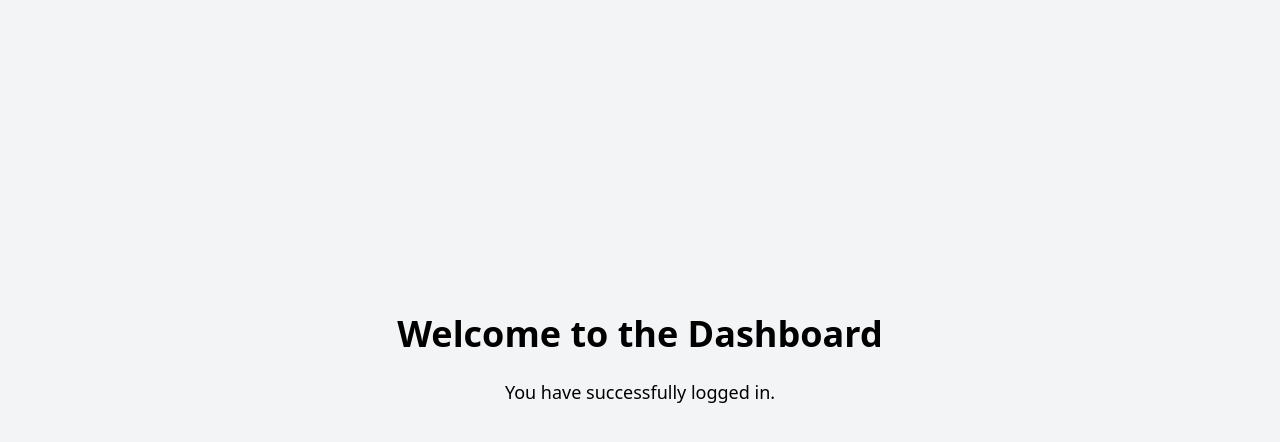
Repository: gloriousnetworker/twitter-Oauth
Page: /dashboard
An editor plug-in stored every save of this project. The page is shown before and after the next save, followed by the edit.
The browser window is 1280 px wide. The pictures show the whole page.
The project was rebuilt for these pictures with package versions that can differ from the ones it lists, and the page was loaded fresh each time. Also part of the build but not shown: vite.config.js, src/pages/Login.jsx, src/pages/OTP.jsx.

Above is the page before, as saved 2025-01-13 17:15:44.

### src/App.jsx
import React from "react";
import { BrowserRouter as Router, Routes, Route } from "react-router-dom";
import Login from "./pages/Login";
import OTP from "./pages/OTP";
import Dashboard from "./pages/Dashboard";

function App() {
  return (
    <Router>
      <Routes>
        <Route path="/" element={<Login />} />
        <Route path="/otp" element={<OTP />} />
        <Route path="/dashboard" element={<Dashboard />} />
      </Routes>
    </Router>
  );
}

export default App;

### src/pages/Dashboard.jsx
import React from "react";

const Dashboard = () => {
  return (
    <div className="flex flex-col items-center justify-center h-screen bg-gray-100">
      <h1 className="text-4xl font-bold mb-6">Welcome to the Dashboard</h1>
      <p className="text-lg">You have successfully logged in.</p>
    </div>
  );
};

export default Dashboard;

### src/context/AuthContext.jsx
import React, { createContext, useState, useContext } from "react";

const AuthContext = createContext();

export const AuthProvider = ({ children }) => {
  const [user, setUser] = useState(null); // Store authenticated user data
  const [otp, setOtp] = useState(null);   // Store generated OTP

  const login = (userData) => {
    setUser(userData);
  };

  const logout = () => {
    setUser(null);
    setOtp(null);
  };

  const generateOtp = () => {
    const otp = Math.floor(100000 + Math.random() * 900000).toString();
    setOtp(otp);
    return otp;
  };

  return (
    <AuthContext.Provider value={{ user, login, logout, otp, generateOtp }}>
      {children}
    </AuthContext.Provider>
  );
};

export const useAuth = () => useContext(AuthContext);

Loaded but not shown: index.html (common file); src/main.jsx (common file); src/index.css (common file); tailwind.config.js (common file)

After the next save:
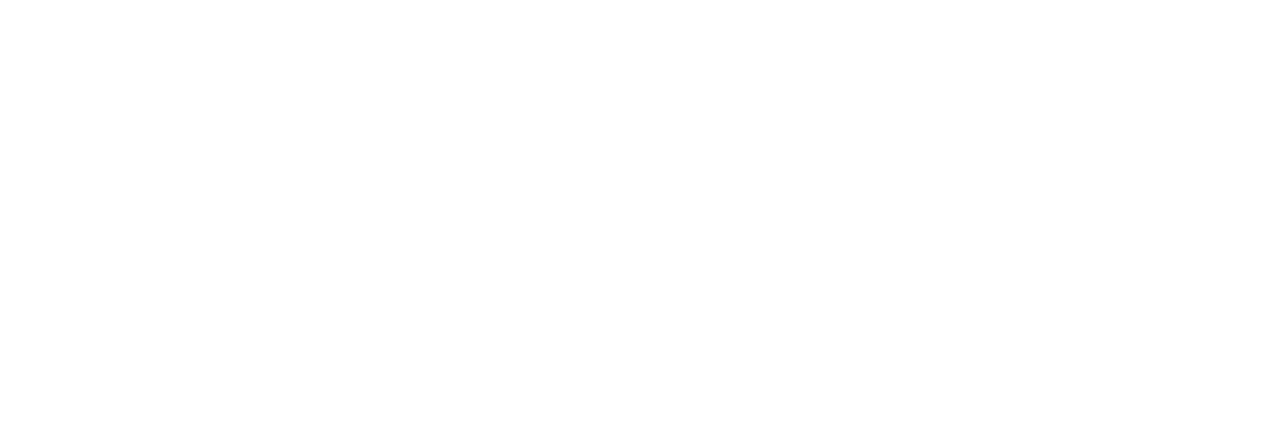
Console error: TypeError: Cannot destructure property 'user' of 'useAuth(...)' as it is undefined.
Saved 10 s later.
--- a/src/pages/Dashboard.jsx
+++ b/src/pages/Dashboard.jsx
@@ -1,10 +1,14 @@
 import React from "react";
+import { useAuth } from "../context/AuthContext";
 
 const Dashboard = () => {
+  const { user } = useAuth();
+
   return (
     <div className="flex flex-col items-center justify-center h-screen bg-gray-100">
-      <h1 className="text-4xl font-bold mb-6">Welcome to the Dashboard</h1>
-      <p className="text-lg">You have successfully logged in.</p>
+      <h1 className="text-2xl font-bold mb-4">Welcome to the Dashboard</h1>
+      <p className="text-lg">Hello, {user?.name}!</p>
+      <p className="text-sm text-gray-500">{user?.twitterHandle}</p>
     </div>
   );
 };

After the save that followed:
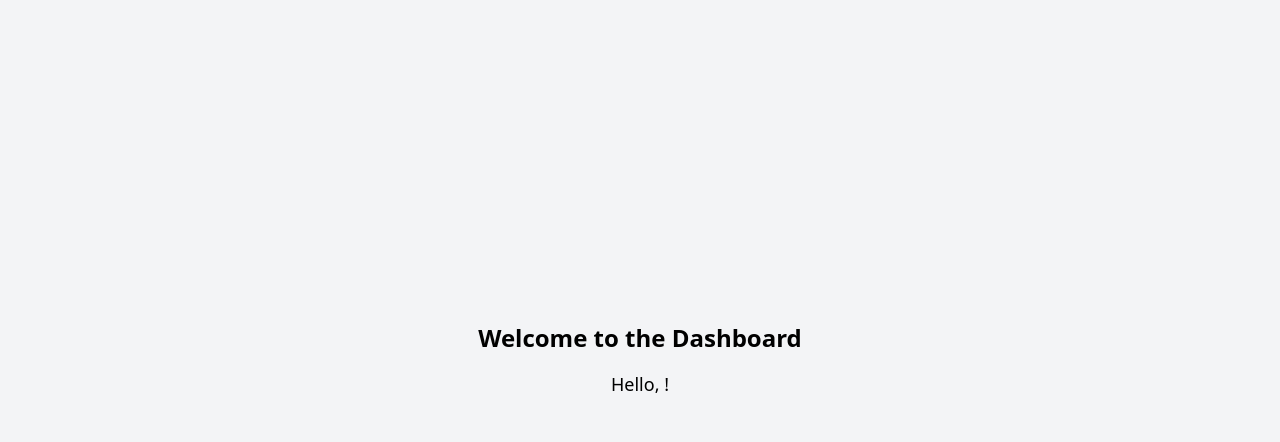
The error is gone.
Saved 32 s later.
--- a/src/App.jsx
+++ b/src/App.jsx
@@ -1,19 +1,22 @@
 import React from "react";
-import { BrowserRouter as Router, Routes, Route } from "react-router-dom";
+import { BrowserRouter as Router, Route, Routes } from "react-router-dom";
+import { AuthProvider } from "./context/AuthContext";
 import Login from "./pages/Login";
 import OTP from "./pages/OTP";
 import Dashboard from "./pages/Dashboard";
 
-function App() {
+const App = () => {
   return (
-    <Router>
-      <Routes>
-        <Route path="/" element={<Login />} />
-        <Route path="/otp" element={<OTP />} />
-        <Route path="/dashboard" element={<Dashboard />} />
-      </Routes>
-    </Router>
+    <AuthProvider>
+      <Router>
+        <Routes>
+          <Route path="/" element={<Login />} />
+          <Route path="/otp" element={<OTP />} />
+          <Route path="/dashboard" element={<Dashboard />} />
+        </Routes>
+      </Router>
+    </AuthProvider>
   );
-}
+};
 
 export default App;
